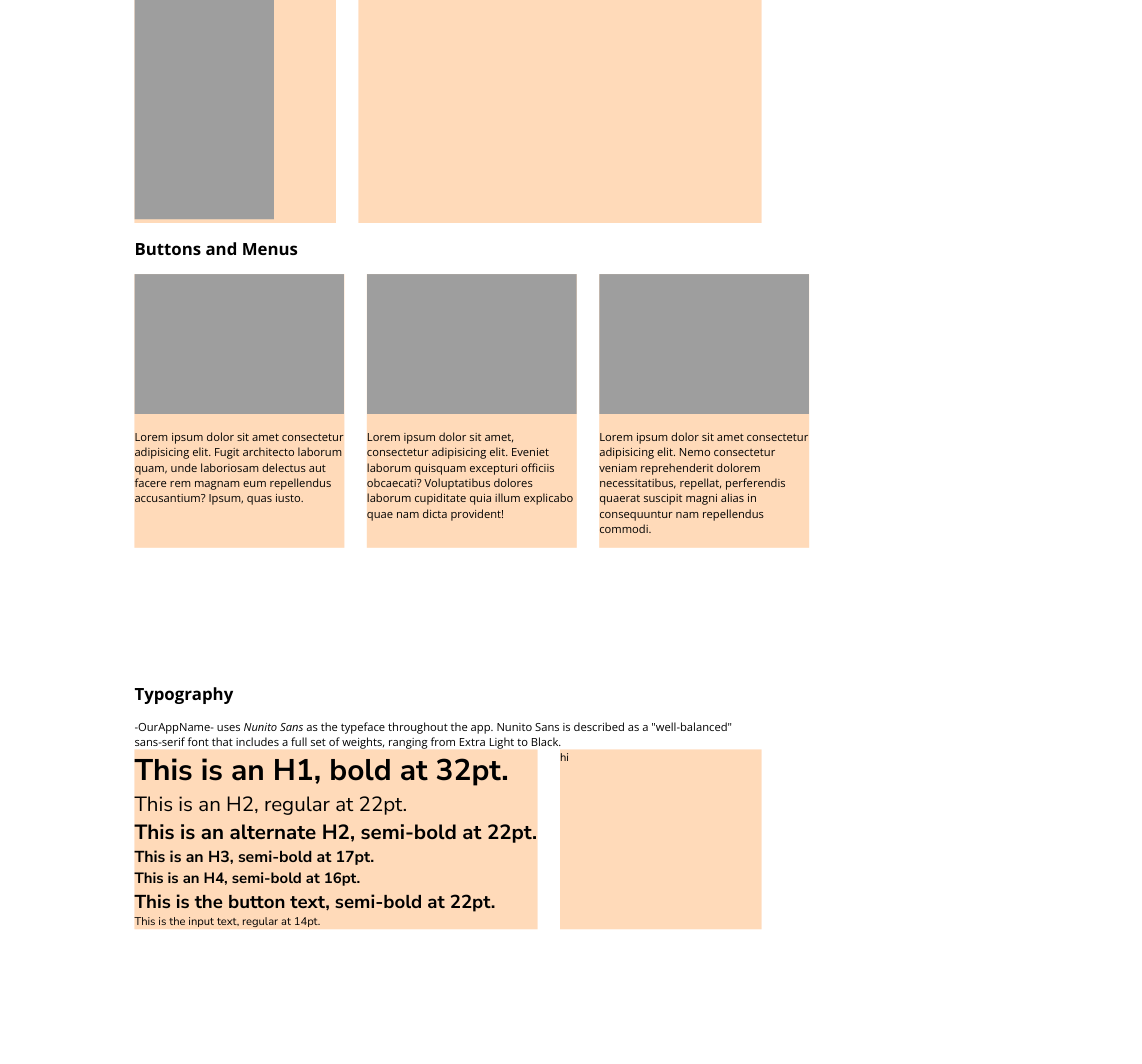
Repository: seohyun9672/Timearth-A6Styleguide
Page: page2.html
An editor plug-in stored every save of this project. The page is shown before and after the next save, followed by the edit.
The browser window is 1280 px wide. The page is 1632 px wide, so the pictures cover 1632 px, including what lies to the right of the window. The pictures show the part of the page from y = 841 to 2361 px (the page is 2361 px tall before and 2346 px after), at 70% of full size.
Pictures or frames that could not be fetched are drawn as grey boxes.

Above is the page before, as saved 2022-03-20 20:01:10.

### page2.html
<!DOCTYPE html>
<html lang="en">
  <head>
    <meta charset="UTF-8" />
    <meta http-equiv="X-UA-Compatible" content="IE=edge" />
    <meta name="viewport" content="width=device-width, initial-scale=1.0" />
    <title>Document</title>
    <link rel="stylesheet" href="stylesheet.css" />
  </head>

  <body>
    <ul class="navbar">
      <li><a href="/page1.html">App Name</a></li>
      <div class="navbar-active">
        <li><a href="/page1.html">Logo</a></li>
        <li><a href="/page2.html">Colour & Typography</a></li>
        <li><a href="/page3.html">Imagery & Graphics</a></li>
        <li><a href="/ref.html">Reference</a></li>
      </div>
    </ul>
    <section class="color-palette page2">
      <h1>Color Palette</h1>
      <img class="palette" src="https://placekitten.com/1440/100" />
      <div>
        <h2>Description of colour palette</h2>
        <p>
          Lorem ipsum dolor sit amet, consectetur adipisicing elit. Culpa neque
          mollitia quae asperiores ad odit vitae iste minima totam harum
          distinctio qui beatae ea ut et adipisci, excepturi at iusto
          reprehenderit reiciendis fugit fuga nisi. Eligendi ut magni adipisci
          nulla architecto reprehenderit? Nemo eos accusamus optio nobis
          distinctio veritatis eius.
        </p>
      </div>
      <div></div>
      <div class="col-2">
        <div class="col">
          <img src="https://placekitten.com/200/600" />
        </div>
        <div class="col">Lorem ipsum dolor sit amet consectetur adipisicing elit. Corrupti laudantium illo iure alias recusandae accusamus reiciendis consequatur aliquid sint veritatis modi dolores, eveniet porro tempore similique aspernatur. Quas, hic quo sed necessitatibus illum suscipit molestiae consequuntur sit provident nobis ullam repellat obcaecati ipsa quos in cumque mollitia eius ratione facilis ut libero laboriosam tempora eum sint! Nisi sapiente veritatis ad iure esse magni reprehenderit odio non perferendis, sed recusandae beatae corporis quasi ipsam assumenda unde!</div>
      </div>
      <h2>Buttons and Menus</h2>
      <div class="col-3">
        <div class="col">
          <img src="https://placekitten.com/300/200" />
          <p>
            Lorem ipsum dolor sit amet consectetur adipisicing elit. Fugit
            architecto laborum quam, unde laboriosam delectus aut facere rem
            magnam eum repellendus accusantium? Ipsum, quas iusto.
          </p>
        </div>
        <div class="col">
          <img src="https://placekitten.com/300/200" />
          <p>
            Lorem ipsum dolor sit amet, consectetur adipisicing elit. Eveniet
            laborum quisquam excepturi officiis obcaecati? Voluptatibus dolores
            laborum cupiditate quia illum explicabo quae nam dicta provident!
          </p>
        </div>
        <div class="col">
          <img src="https://placekitten.com/300/200" />
          <p>
            Lorem ipsum dolor sit amet consectetur adipisicing elit. Nemo
            consectetur veniam reprehenderit dolorem necessitatibus, repellat,
            perferendis quaerat suscipit magni alias in consequuntur nam
            repellendus commodi.
          </p>
        </div>
      </div>
    </section>
    <section class="typo page2">
      <h1>Typography</h1>
      <div>
        -OurAppName- uses <em>Nunito Sans</em> as the typeface throughout the
        app. Nunito Sans is described as a "well-balanced" sans-serif font that includes a full set of weights, ranging from Extra Light to Black.
      </div>
      <div class="col-2-font">
        <div class="col nunito">
            <div class="nh1">This is an H1, bold at 32pt.</div>

            <div class="nh2">This is an H2, regular at 22pt.</div>

            <div class="nh2-2">This is an alternate H2, semi-bold at 22pt.</div>

            <div class="nh3">This is an H3, semi-bold at 17pt.</div>

            <div class="nh4">This is an H4, semi-bold at 16pt.</div>

            <div class="nbtn">This is the button text, semi-bold at 22pt.</div>

            <div class="ninput">This is the input text, regular at 14pt.</div>
        </div>
        <div class="col nunito">hi</div>
      </div>
    </section>
  </body>
</html>

### stylesheet.css
/* import fonts */
@import url('https://fonts.googleapis.com/css2?family=Nunito+Sans:ital,wght@0,200;0,300;0,400;0,600;0,700;0,800;0,900;1,200;1,300;1,400;1,600;1,700;1,800;1,900&family=Open+Sans:ital,wght@0,300;0,400;0,500;0,600;0,700;0,800;1,300;1,400;1,500;1,600;1,700;1,800&display=swap');

body{
    margin: 0;
    font-family: 'open sans', san-serif;
  }

/* NAVBAR */

ul {
  list-style-type: none;
  margin: 0;
  padding: 0;
  overflow: hidden;
  background-color: #333;
}

li {
  float: left;
}

li a {
  display: block;
  color: white;
  text-align: center;
  padding: 14px 16px;
  text-decoration: none;
}

li a:hover {
  background-color: #111;
}

.navbar-active{
    float: right;
}

/* LOGO */

.section-logo {
    display: flex;
    flex-direction: column;
    justify-content: flex-start;
    align-items: center;
}

.logo-description {
    display: flex;
}
.logo-variation {
    display: flex;
    justify-content: space-evenly;
}

.logo-colourpalette {
    display: flex;
    width: 100%;
    justify-content: space-between;
}

.section-cont {
    width: 940px;
}
.colour-cont {
    display: flex;
    flex-direction: column;
}
.colour-name {
    font-weight: bold;
}

.logo-typography {
    display: flex;
}

.logo-usage {
    display: flex;
    flex-direction: column;
}

.logo-usage-desc {
    display: flex;
}

.section-cont colour {
    display: flex;
}

/* page 2 */

.page2 {
    margin:12em;
}
.col-3 {
    display:grid;
    grid-template-columns: 1fr 1fr 1fr;
    grid-gap:2em;
}
.col-2 {
    display:grid;
    grid-template-columns: 1fr 2fr;
    grid-gap:2em;
}
.col-2-font {
    display:grid;
    grid-template-columns: 2fr 1fr;
    grid-gap:2em;
}
.col {
    background-color:peachpuff;
}
.nunito {
    font-family: 'nunito sans', Arial, Helvetica, sans-serif;
}
.nh1 {
    font-weight: bold;
    font-size:32pt;
}
.nh2 {
    font-size:22pt;
}
.nh2-2 {
    font-size:22pt;
    font-weight:bolder;
}
.nh3 {
    font-size:17pt;
    font-weight:bolder;
}
.nh4 {
    font-size:16pt;
    font-weight:bolder;
}
.nbtn {
    font-size:20pt;
    font-weight:bolder;
}

After the next save:
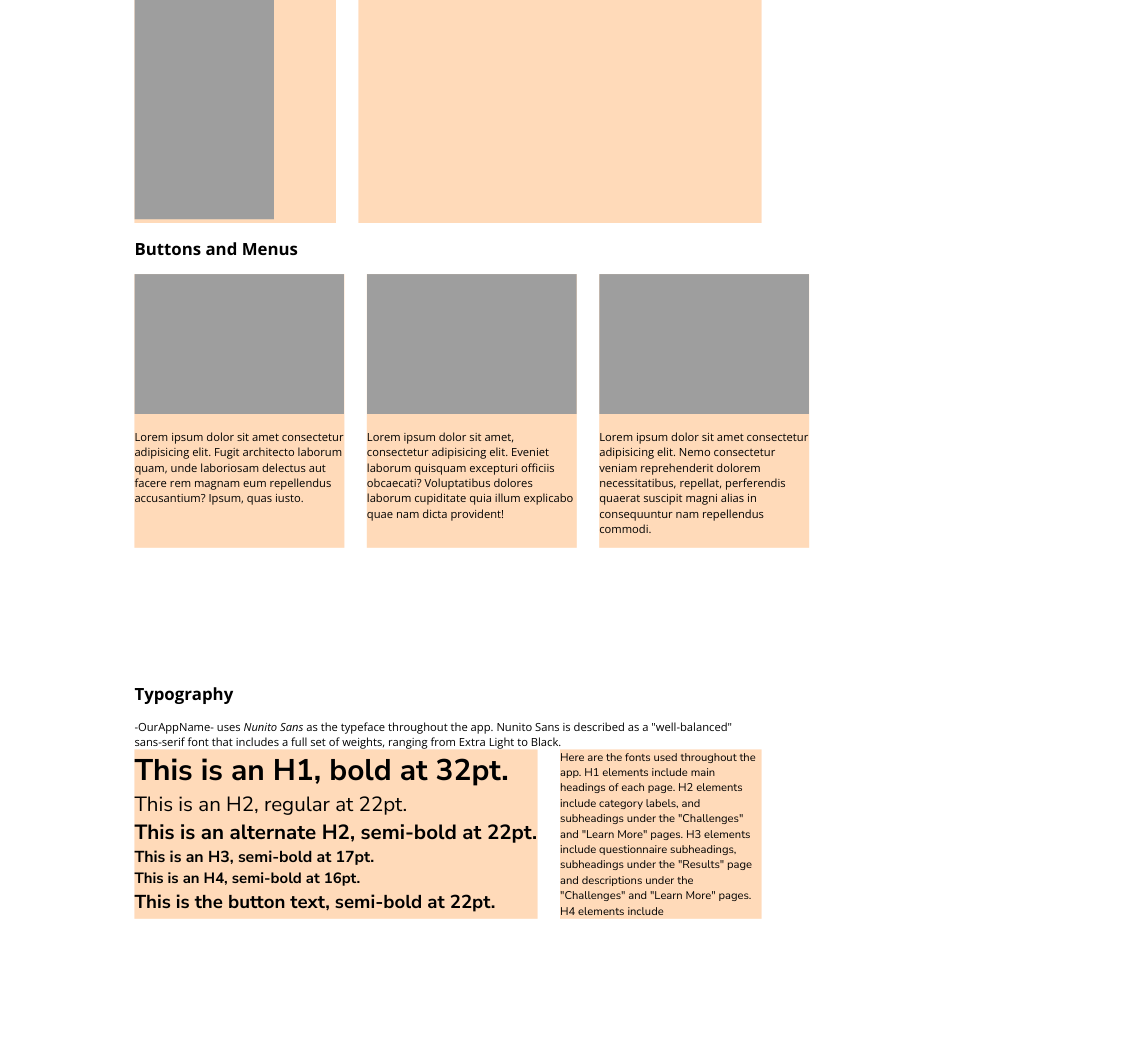
Saved 2 s later.
--- a/page2.html
+++ b/page2.html
@@ -87,10 +87,14 @@
             <div class="nh4">This is an H4, semi-bold at 16pt.</div>
 
             <div class="nbtn">This is the button text, semi-bold at 22pt.</div>
-
-            <div class="ninput">This is the input text, regular at 14pt.</div>
         </div>
-        <div class="col nunito">hi</div>
+        <div class="col nunito">
+          Here are the fonts used throughout the app.
+          H1 elements include main headings of each page.
+          H2 elements include category labels, and subheadings under the "Challenges" and "Learn More" pages.
+          H3 elements include questionnaire subheadings, subheadings under the "Results" page and descriptions under the "Challenges" and "Learn More" pages.
+          H4 elements include
+        </div>
       </div>
     </section>
   </body>
